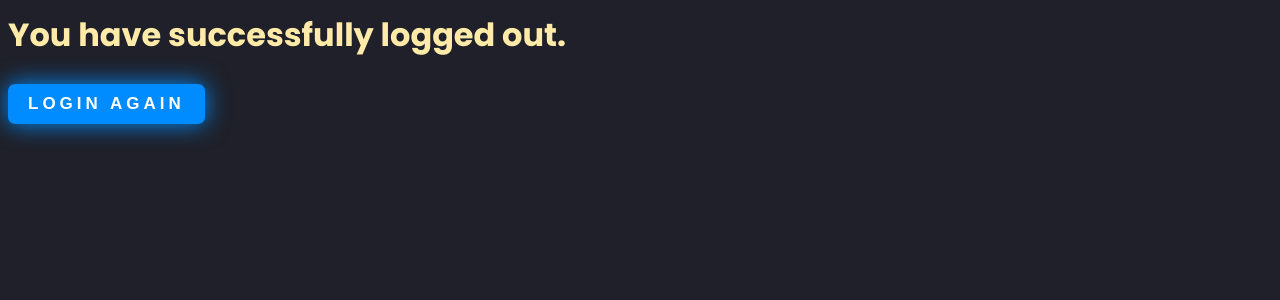
Repository: masifmuhammad/Quick-Notes
Page: Testing/logout.html
The author's editor kept a copy of each file at every save. The page is drawn from the files as they stood at one save, then again after the next save.
The browser window is 1280 px wide. The pictures show the whole page.

Above is the page before, as saved 2023-03-26 05:34:31.

After the next save:
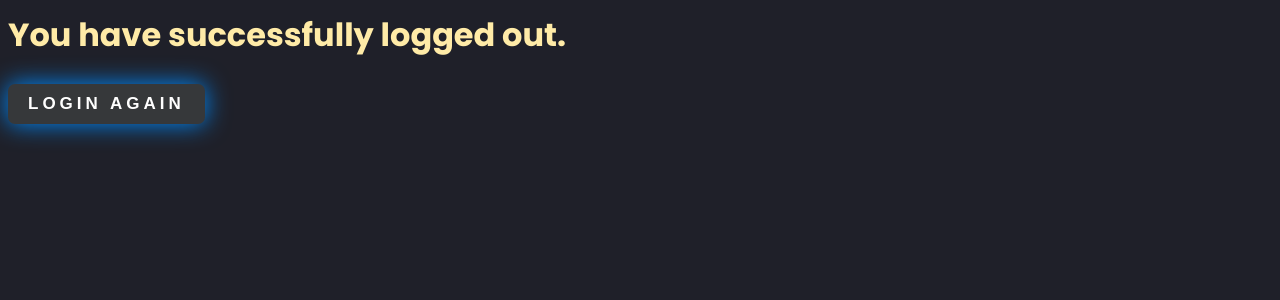
Saved 3 min 30 s later.
--- a/Testing/logout.html
+++ b/Testing/logout.html
@@ -14,7 +14,7 @@
   }
 
   .shadow__btn {
-    background: rgb(0,140,255);
+    background: rgb(54, 56, 58);
     box-shadow: 0 0 25px rgb(0,140,255);
   }
 
